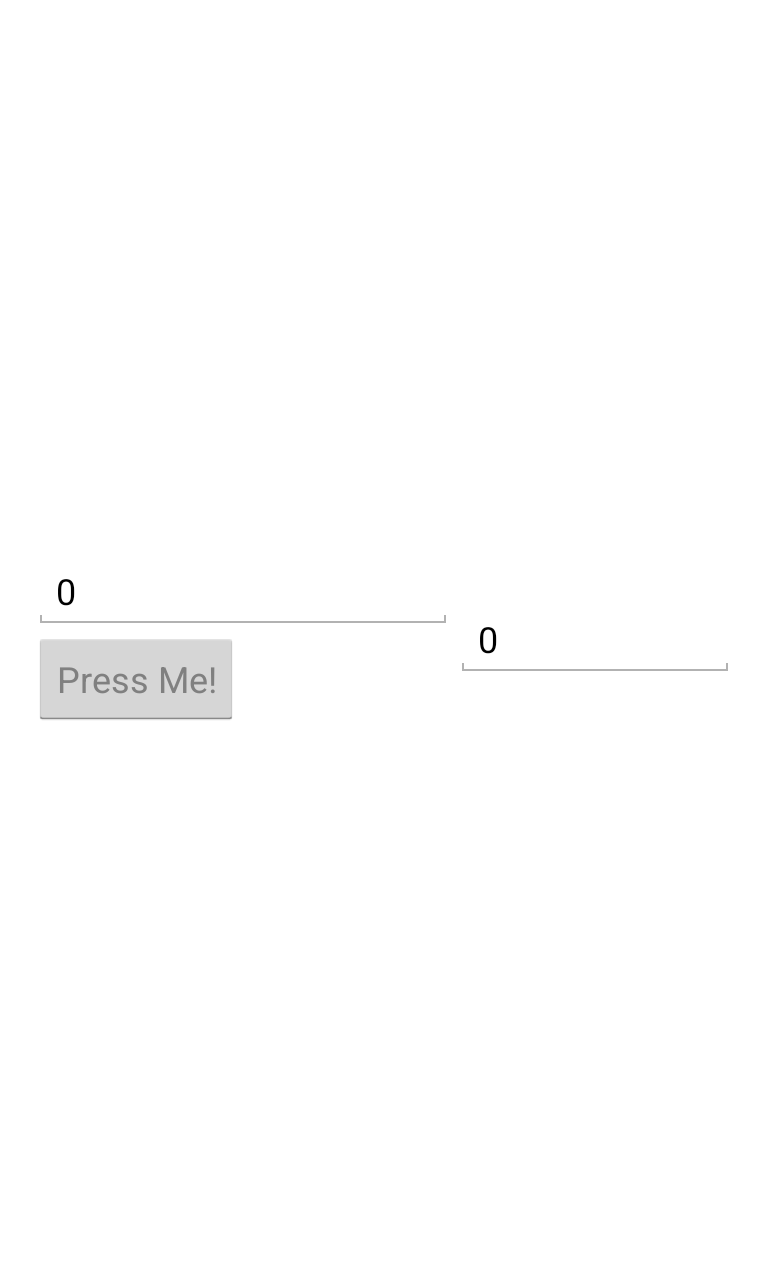
Repository: radupoenaru1992/Model
Layout: PracticalTest01/res/layout/activity_practical_test01_main.xml
The author's editor kept a copy of each file at every save. The layout is drawn from the files as they stood at one save, then again after the next save.
It is drawn on a 768 x 1280 px phone screen (xhdpi) without system bars, with theme AppTheme; the app's code is not run.

Above is the layout before, as saved 2015-03-29 17:06:35.

After the next save:
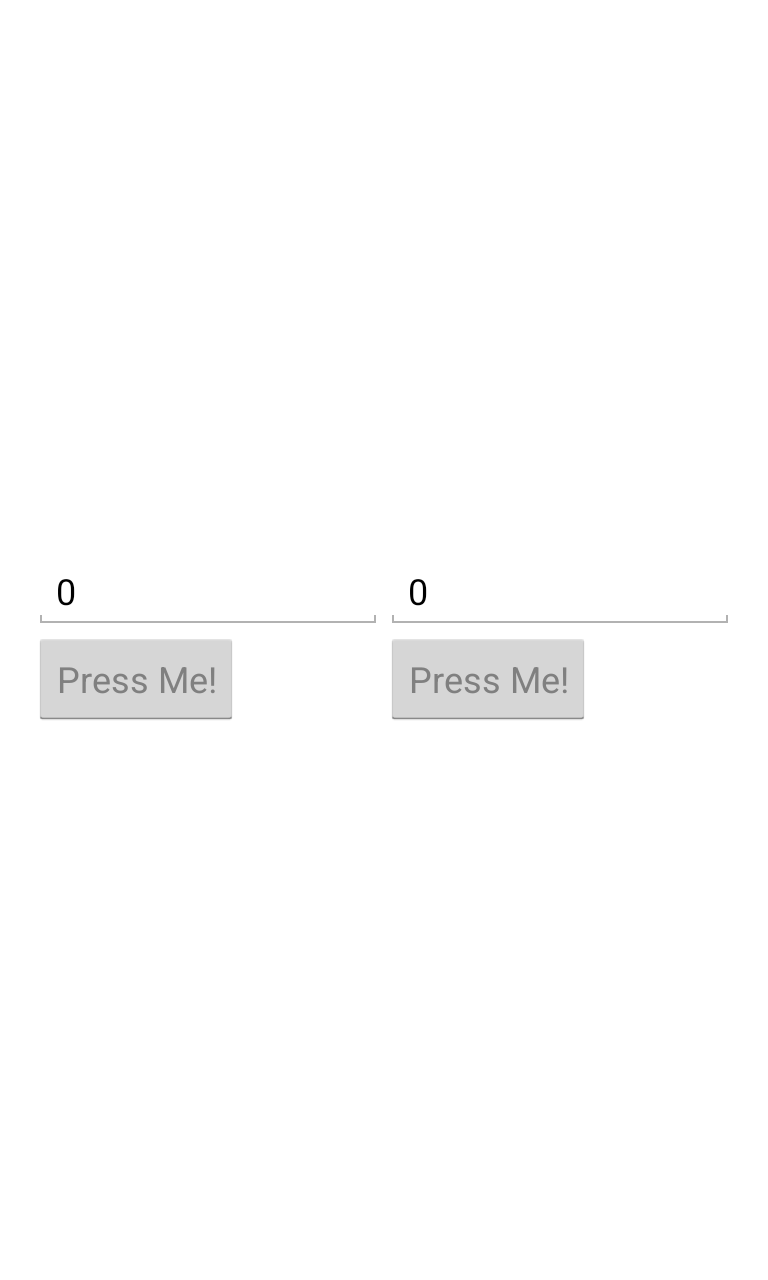
Saved 12 s later.
--- a/PracticalTest01/res/layout/activity_practical_test01_main.xml
+++ b/PracticalTest01/res/layout/activity_practical_test01_main.xml
@@ -50,6 +50,14 @@
            android:id="@+id/etDr"
            android:text="0"
            />
+
+        <Button
+            android:layout_width="wrap_content"
+            android:layout_height="wrap_content"
+            android:id="@+id/bDr"
+            android:hint="Press Me!"
+            android:gravity="center"/>
+
     </LinearLayout>
 
 </LinearLayout>
